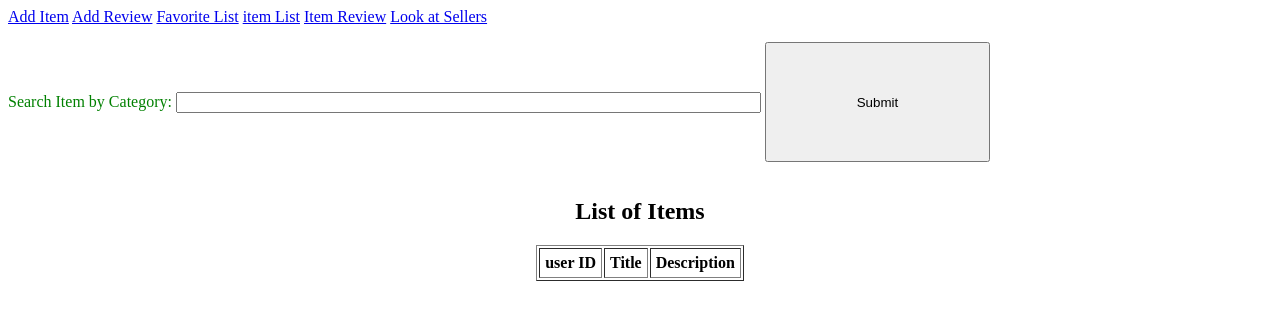
Repository: HamdanM/DatabaseProject
Page: http://localhost/DB3/search.jsp
An editor plug-in stored every save of this project. The page is shown before and after the next save, followed by the edit.
The browser window is 1280 px wide. The pictures show the whole page.
The page is served by Tomcat 9. The template is opened directly, without the code that normally fills it, so the values that code supplies are empty.

Above is the page before, as saved 2019-07-25 00:12:28.

After the next save:
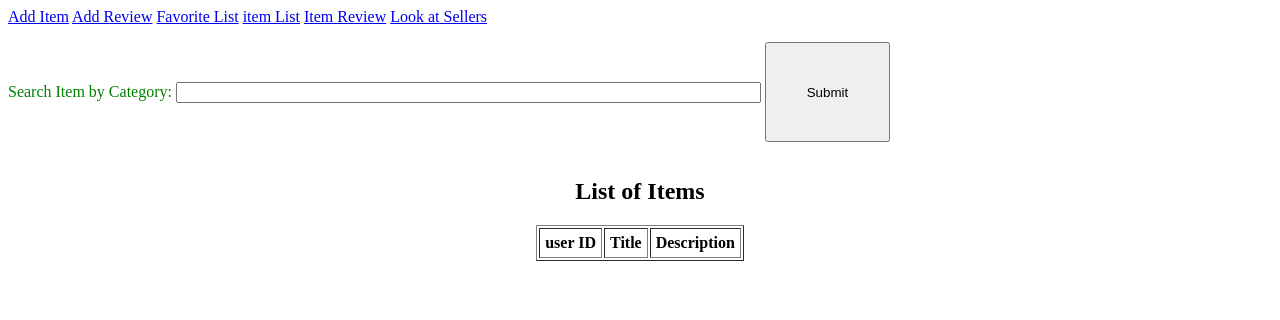
Saved 5 s later.
--- a/DB3/WebContent/search.jsp
+++ b/DB3/WebContent/search.jsp
@@ -20,7 +20,7 @@
         <p style="color:green"><label>Search Item by Category: <input
                     type="text" name="Category"
                     size="70" maxlength="70" />
-          <input style="height:120px;width:225px" type="submit" name="submit" value="Submit" />
+          <input style="height:100px;width:125px" type="submit" name="submit" value="Submit" />
 
             </label></p>
  </form>
